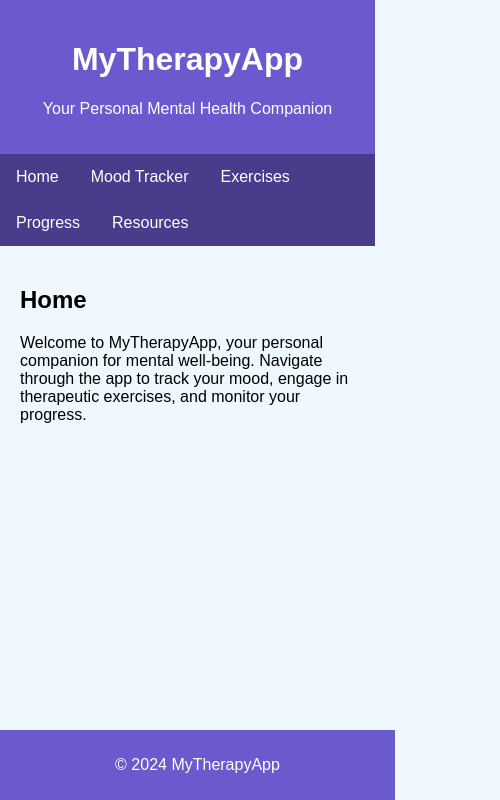
Repository: Abhisach687/therapy_app
Page: index.html
These files come from the project's save history. The page is drawn as it stood at one moment and after the next save; the edit follows.
The browser window is 375 px wide. The page is 375 px wide, then 500 px, so the pictures cover 500 px, including what lies to the right of the window. The pictures show the whole page.

Above is the page before, as saved 2024-09-23 09:21:06.

After the next save:
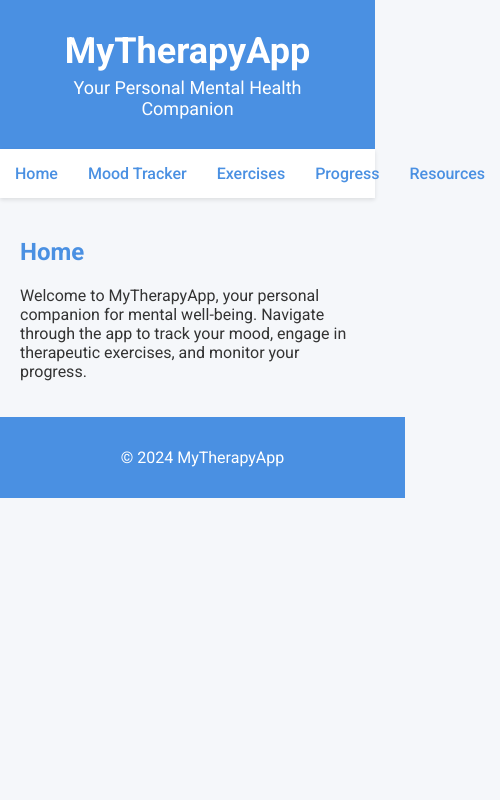
Saved 10 s later.
--- a/style.css
+++ b/style.css
@@ -1,78 +1,103 @@
 /* style.css */
+
+/* Import Google Font */
+@import url("https://fonts.googleapis.com/css?family=Roboto:400,500,700&display=swap");
 
 body {
   margin: 0;
-  font-family: Arial, sans-serif;
-  background-color: #f0f8ff;
+  font-family: "Roboto", sans-serif;
+  background-color: #f5f7fa;
+  color: #333;
 }
 
 header {
-  background-color: #6a5acd;
+  background-color: #4a90e2;
   color: white;
-  padding: 20px;
+  padding: 30px;
   text-align: center;
 }
 
+header h1 {
+  margin: 0;
+  font-size: 36px;
+}
+
+header p {
+  margin: 5px 0 0;
+  font-size: 18px;
+}
+
 nav {
-  background-color: #483d8b;
-  overflow: hidden;
+  background-color: #ffffff;
+  box-shadow: 0 2px 4px rgba(0, 0, 0, 0.1);
 }
 
 nav ul {
+  display: flex;
   list-style-type: none;
   margin: 0;
   padding: 0;
 }
 
 nav ul li {
-  float: left;
+  flex: 1;
 }
 
 nav ul li a {
   display: block;
-  color: white;
+  color: #4a90e2;
   text-align: center;
-  padding: 14px 16px;
+  padding: 15px;
   text-decoration: none;
+  font-weight: 500;
 }
 
-nav ul li a:hover {
-  background-color: #7b68ee;
+nav ul li a:hover,
+nav ul li a.active {
+  background-color: #e6f0fa;
 }
 
 main {
   padding: 20px;
+  max-width: 800px;
+  margin: 0 auto;
 }
 
 footer {
-  background-color: #6a5acd;
+  background-color: #4a90e2;
   color: white;
   text-align: center;
-  padding: 10px;
-  position: fixed;
+  padding: 15px;
+  position: relative;
   bottom: 0;
   width: 100%;
 }
 
 button {
-  background-color: #6a5acd;
+  background-color: #4a90e2;
   color: white;
   border: none;
-  padding: 10px;
+  padding: 12px 20px;
   cursor: pointer;
   margin-top: 10px;
+  font-size: 16px;
+  border-radius: 4px;
 }
 
 button:hover {
-  background-color: #7b68ee;
+  background-color: #357ab8;
 }
 
 input,
 textarea,
 select {
   width: 100%;
-  padding: 10px;
-  margin: 5px 0;
+  padding: 12px;
+  margin: 8px 0;
+  box-sizing: border-box;
+  font-size: 16px;
+  border: 1px solid #ccc;
+  border-radius: 4px;
 }
 
 #entries,
@@ -82,11 +107,24 @@ select {
 }
 
 .entry {
-  background-color: #e6e6fa;
-  padding: 10px;
-  margin-bottom: 10px;
+  background-color: #ffffff;
+  padding: 15px;
+  margin-bottom: 15px;
+  border-radius: 4px;
+  border: 1px solid #e0e0e0;
 }
 
+h2,
 h3 {
-  margin-top: 30px;
+  color: #4a90e2;
 }
+
+label {
+  font-weight: 500;
+}
+
+@media screen and (max-width: 600px) {
+  nav ul li {
+    flex: none;
+  }
+}
